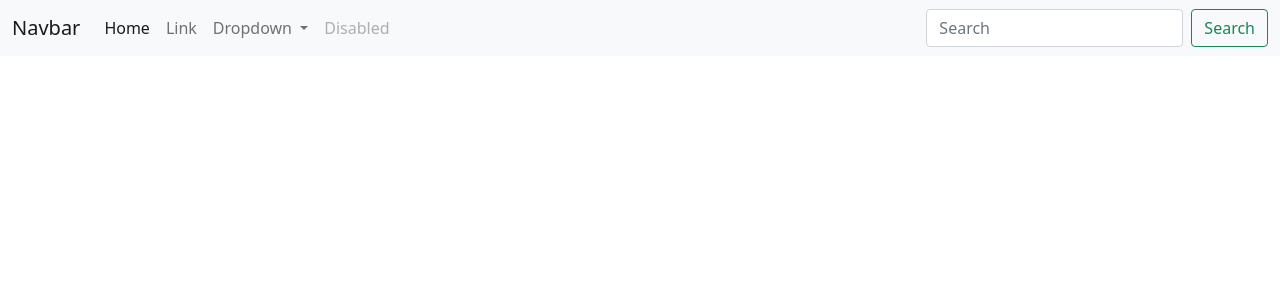
Repository: mdmohiddin/panda-commerce-rp
Page: index.html
These files come from the project's save history. The page is drawn as it stood at one moment and after the next save; the edit follows.
The browser window is 1280 px wide. The pictures show the whole page.

Above is the page before, as saved 2021-07-28 16:24:50.

After the next save:
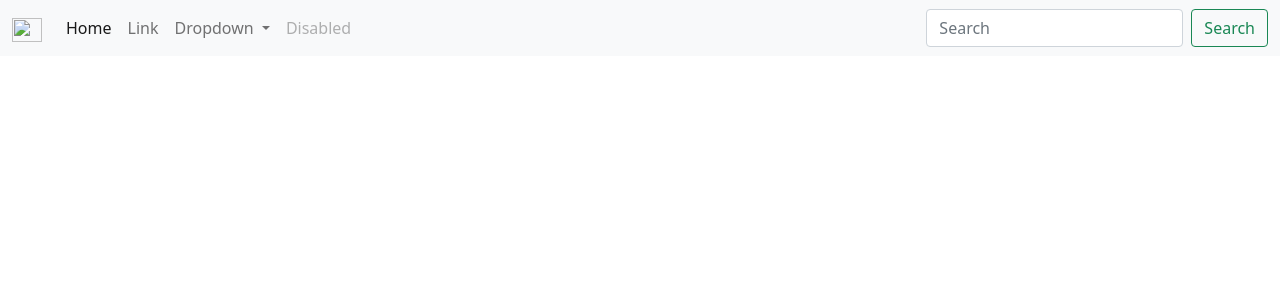
Not found: docs/5.0/assets/brand/bootstrap-logo.svg
Saved 119 s later.
--- a/index.html
+++ b/index.html
@@ -14,7 +14,9 @@
     <header>
         <nav class="navbar navbar-expand-lg navbar-light bg-light">
             <div class="container-fluid">
-              <a class="navbar-brand" href="#">Navbar</a>
+              <a class="navbar-brand" href="#">
+                <img src="/docs/5.0/assets/brand/bootstrap-logo.svg" alt="" width="30" height="24">
+              </a>
               <button class="navbar-toggler" type="button" data-bs-toggle="collapse" data-bs-target="#navbarSupportedContent" aria-controls="navbarSupportedContent" aria-expanded="false" aria-label="Toggle navigation">
                 <span class="navbar-toggler-icon"></span>
               </button>
